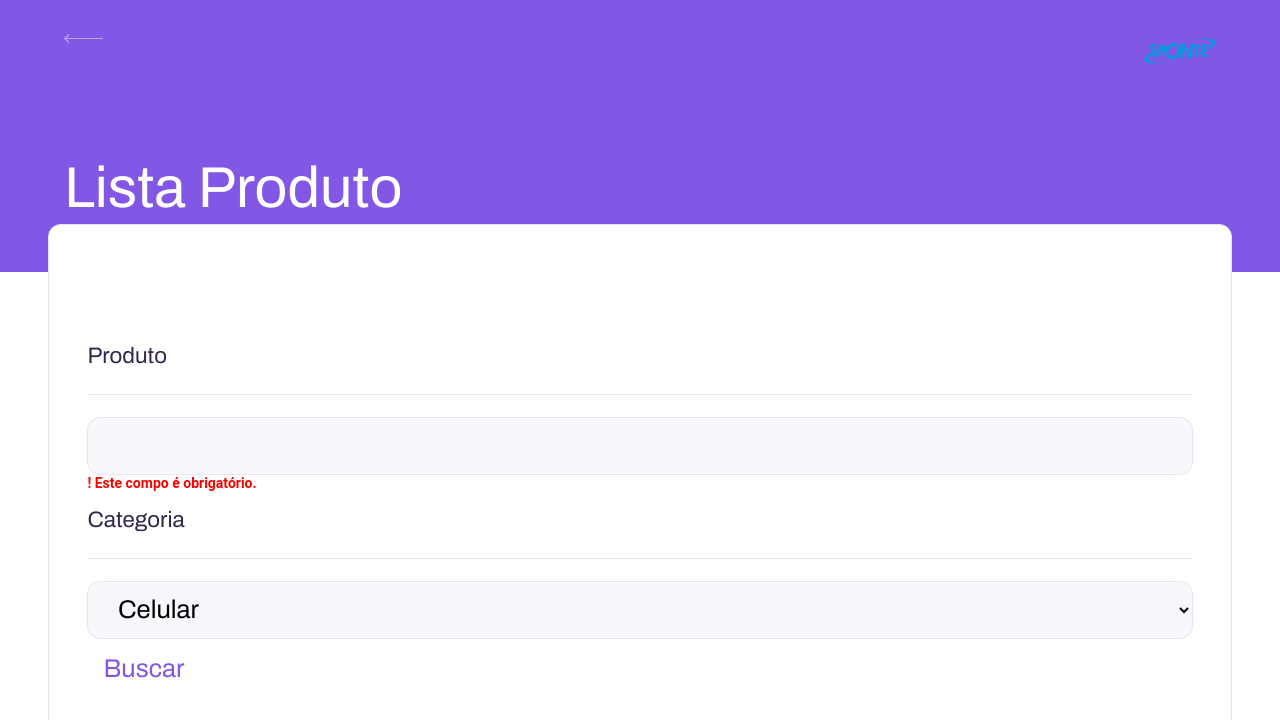
Repository: Henrique-Hoi-Dev/avalia-o-front-end
Page: /list (app in web/)
An editor plug-in stored every save of this project. The page is shown before and after the next save, followed by the edit.
The browser window is 1280 px wide. The pictures show the whole page.
An inner scrolling area shows only its first screen. The project was rebuilt for these pictures with package versions that can differ from the ones it lists, and the page was loaded fresh each time. Also part of the build but not shown: web/src/pages/Home/styles.js, web/src/pages/Home/index.js, web/src/pages/RegistrationProduct/styles.js, web/src/components/HeaderRecord/styles.js, web/src/components/HeaderRecord/index.js, web/src/pages/RegistrationProduct/Avatarinput/styles.js, web/src/pages/RegistrationProduct/Avatarinput/index.js, web/src/pages/RegistrationProduct/index.js.

Above is the page before, as saved 2020-09-02 12:12:27.

### web/public/index.html
<!DOCTYPE html>
<html lang="en">
  <head>
    <meta charset="utf-8" />
    <link rel="icon" href="%PUBLIC_URL%/favicon.ico" />
    <meta name="viewport" content="width=device-width, initial-scale=1" />
    <meta name="theme-color" content="#000000" />
    <meta
      name="description"
      content="Web site created using create-react-app"
    />
    <link
      href="https://fonts.googleapis.com/css2?family=Archivo:ital,wght@0,400;1,700&family=Poppins&display=swap"
      rel="stylesheet"
    />

    <title>Controle de estoque</title>
  </head>
  <body>
    <noscript>You need to enable JavaScript to run this app.</noscript>
    <div id="root"></div>
  </body>
</html>

### web/src/App.js
import React from 'react';
import Routes from './routes';

import GlobalStyle from './styles/global';

function App() {
  return (
    <>
      <Routes />
      <GlobalStyle />
    </>
  );
}

export default App;

### web/src/routes.js
import React from 'react';
import { BrowserRouter, Route } from 'react-router-dom';

import Home from './pages/Home';
import ListProduct from './pages/ListProduct';
import RegistrationProduct from './pages/RegistrationProduct';

function Routes() {
  return (
    <BrowserRouter>
      <Route path="/" exact component={Home} />
      <Route path="/list" component={ListProduct} />
      <Route path="/record-product" component={RegistrationProduct} />
    </BrowserRouter>
  );
}

export default Routes;

### web/src/styles/global.js
import { createGlobalStyle } from 'styled-components';

export default createGlobalStyle`


  * {
    margin: 0;
    padding: 0;
    outline: 0;
    border: 0;
    box-sizing: border-box;
  }
  html, body, #root {
    height: 100%;
    overflow-x: hidden;
  }


  body {
    background: linear-gradient(-70deg #f0f0f7);
    -webkit-font-smoothing: antialiased !important;

  }

  body, input, button {

    font-size: 14px;
    font-family: 'Roboto', sans-serif;
  }

  button {
    cursor: pointer;
  }

  :root {

  --color-background: #f0f0f7;
  --color-primary-lighter: #9871f5;
  --color-primary-light: #916bea;
  --color-primary: #8257e5;
  --color-primary-dark: #774dd6;
  --color-primary-darker: #6842c2;
  --color-secundary: #04d361;
  --color-secundary-dark: #04bf58;
  --color-title-in-primary: #ffffff;
  --color-text-in-primary: #d4c2ff;
  --color-text-title: #32264d;
  --color-text-complement: #9c98a6;
  --color-text-base: #6a6180;
  --color-line-in-white: #e6e6f0;
  --color-input-background: #f8f8fc;
  --color-button-text: #ffffff;
  --color-box-base: #ffffff;
  --color-box-footer: #fafafc;
}
`;

### web/src/pages/ListProduct/index.js
import React from 'react';
import * as Yup from 'yup';

import Header from '../../components/HeaderList';
import { Formik, Field, Form } from 'formik';
import { Container } from './styles';

const schema = Yup.object().shape({
  product: Yup.string()
    .required('! Este compo é obrigatório.')
    .max(100, '! No máximo 100 caracteres'),
  categoria: Yup.string().required('! Este compo é obrigatório.'),
});

function ListProduct() {
  function onSubmit(values, actions) {
    console.log(values);
  }
  return (
    <Container>
      <Header />
      <div className="header-main">
        <Formik
          onSubmit={onSubmit}
          validationSchema={schema}
          validateOnMount
          initialValues={{
            product: '',
            categoria: 'celular',
          }}
          render={({ values, errors }) => (
            <Form className="form-input">
              <div id="header-busca" className="header-title">
                <label htmlFor="product">Produto</label>
                <Field name="product" type="text" />
                <span>{errors.product}</span>

                <label htmlFor="categoria">Categoria</label>
                <Field nome="categoria" component="select">
                  <option value="celular">Celular</option>
                  <option value="tvs">Tvs</option>
                  <option value="notbook">Notbook</option>
                  <option value="acessorios">Acessórios</option>
                </Field>
              </div>
              <button type="submit">Buscar</button>
              <main>
                <ul>
                  <li></li>
                  <li></li>
                  <li></li>
                </ul>
              </main>
            </Form>
          )}
        />
      </div>
    </Container>
  );
}

export default ListProduct;

### web/src/components/HeaderList/index.js
import React from 'react';
import { Link } from 'react-router-dom';

import { PageHeader } from './styles';
import backIcon from '../../assets/back.svg';
import logo from '../../assets/logo.png';

function HeaderList() {
  return (
    <PageHeader>
      <div className="header">
        <Link to="/">
          <img src={backIcon} alt="voltar" />
        </Link>
        <img src={logo} alt="voltar" />
      </div>

      <div className="header-content">
        <h2>Lista Produto</h2>
      </div>
    </PageHeader>
  );
}

export default HeaderList;

### web/src/pages/ListProduct/styles.js
import styled from 'styled-components';
import { darken } from 'polished';

export const Container = styled.div`
  width: 100vw;
  height: 100vh;

  .header-main {
    background: var(--color-box-base);
    width: 100%;
    max-width: 74rem;
    border: 0.1rem solid var(--color-line-in-white);
    border-radius: 0.8rem;
    margin: -3rem auto 3.2rem;
    padding-top: 6.4rem;
    overflow: hidden;
  }

  input,
  select {
    width: 100%;
    height: 3.6rem;
    border-radius: 0.8rem;
    background: var(--color-input-background);
    border: 1px solid var(--color-line-in-white);
    outline: 0;
    padding: 0 1.6rem;
    font: 1.6rem Archivo;
  }

  .form-input {
    border: 0;
    padding: 0 2.4rem;
    margin-top: 0.1rem;

    button {
      background: none;
      border: 0;
      margin: 1rem;
      color: var(--color-primary);
      font: 700 1.6rem Archivo;
      cursor: pointer;
      transition: color 0.2s;

      &:hover {
        color: ${darken(0.03, '#6842c2')};
      }
    }
  }
  .header-title span {
    color: #ff0000;
    align-self: flex-start;
    margin: 0 0 10px;
    font-weight: bold;
  }

  label {
    font: 700 1.4rem Archivo;
    color: var(--color-text-title);
    margin-bottom: 1.4rem;
    margin-top: 1rem;
    display: flex;
    align-items: center;
    justify-content: space-between;
    width: 100%;
    padding-bottom: 1.6rem;
    border-bottom: 1px solid var(--color-line-in-white);
  }
  main {
    margin: 3.2rem auto;
    width: 90%;
  }
`;

### web/src/components/HeaderList/styles.js
import styled from 'styled-components';

export const PageHeader = styled.div`
  display: flex;
  flex-direction: column;
  background-color: var(--color-primary);

  .header {
    width: 90%;
    margin: 0 auto;
    display: flex;
    justify-content: space-between;
    align-items: center;
    color: var(--color-text-in-primary);
    padding: 1.6rem 0;

    a {
      height: 3.2rem;
      transition: opacity 0.2s;

      :hover {
        opacity: 0.6;
      }
    }

    img {
      height: 1.6rem;
    }
  }

  .header-content {
    width: 90%;
    margin: 0 auto;
    position: relative;
    margin: 3.2rem auto;

    a {
      font: 700 3.6rem Archivo;
      line-height: 4.2rem;
      color: var(--color-title-in-primary);
    }

    h2 {
      font: 700 3.6rem Archivo;
      line-height: 4.2rem;
      color: var(--color-title-in-primary);
    }
  }
`;

Loaded but not shown: web/src/index.js (common file)

After the next save:
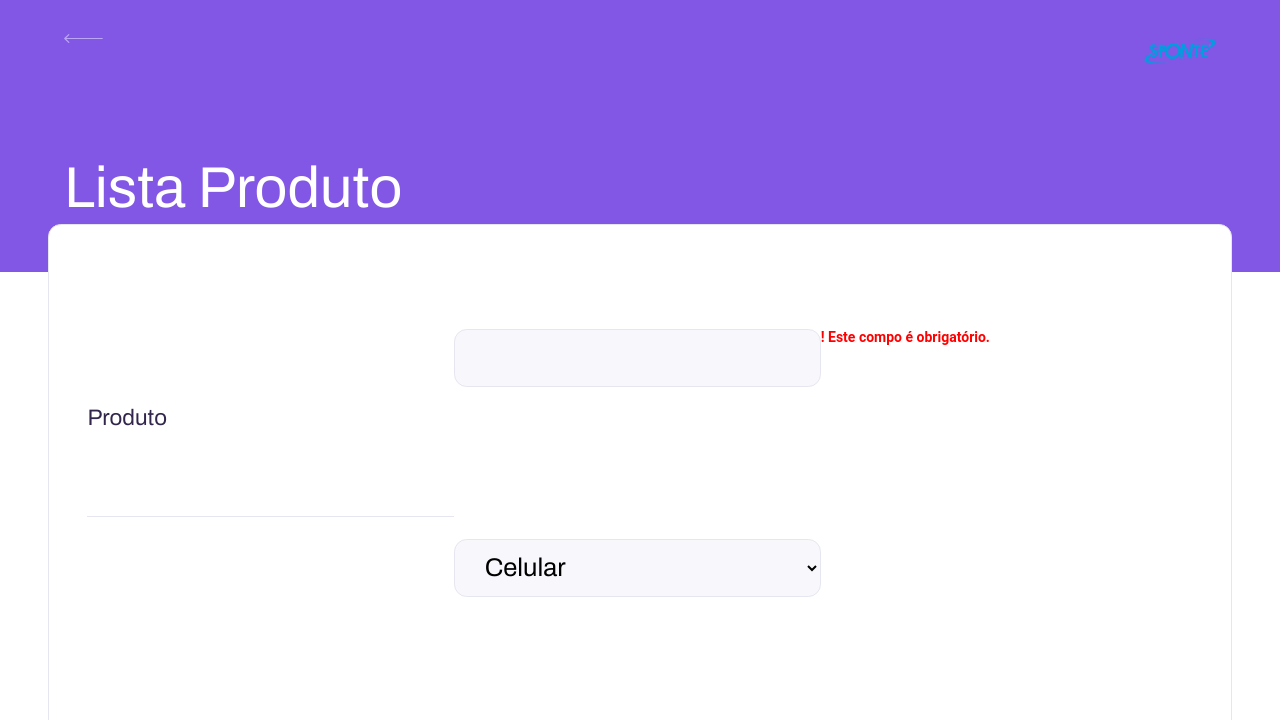
Saved 7 s later.
--- a/web/src/pages/ListProduct/styles.js
+++ b/web/src/pages/ListProduct/styles.js
@@ -70,4 +70,18 @@ export const Container = styled.div`
     margin: 3.2rem auto;
     width: 90%;
   }
+
+  @media (min-width: 1100px) {
+    #header-busca {
+      max-width: 1100px;
+
+      display: grid;
+      grid-template-columns: 1fr 1fr 1fr;
+      grid-template-rows: 210px 550px 1fr;
+      grid-template-areas:
+        'name name name'
+        'campo2  campo4 campo3'
+        'campo5 campo5 campo5'
+        'button button button';
+    }
 `;
